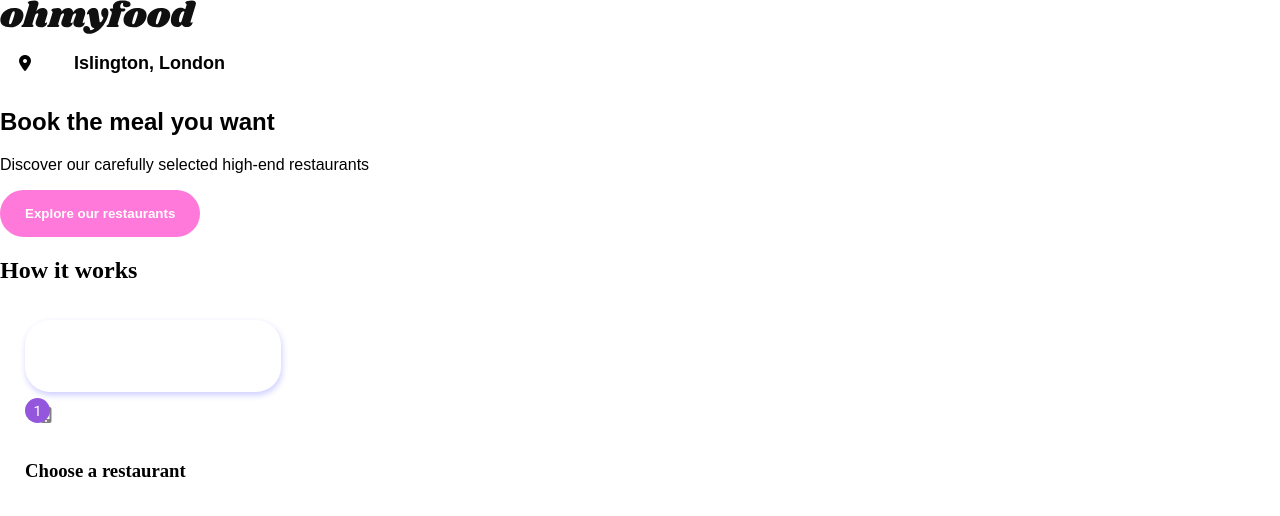
Repository: R1ptou/Project-3
Page: index.html
These files come from the project's save history. The page is drawn as it stood at one moment and after the next save; the edit follows.
The browser window is 1280 px wide. The pictures show the whole page.
Some web fonts or font styles are not loaded; a fallback is used. The style sheet was rebuilt from its Sass, Less or Tailwind sources for each picture, by a compiler version that may differ from the author's.

Above is the page before, as saved 2024-02-10 14:08:58.

After the next save:
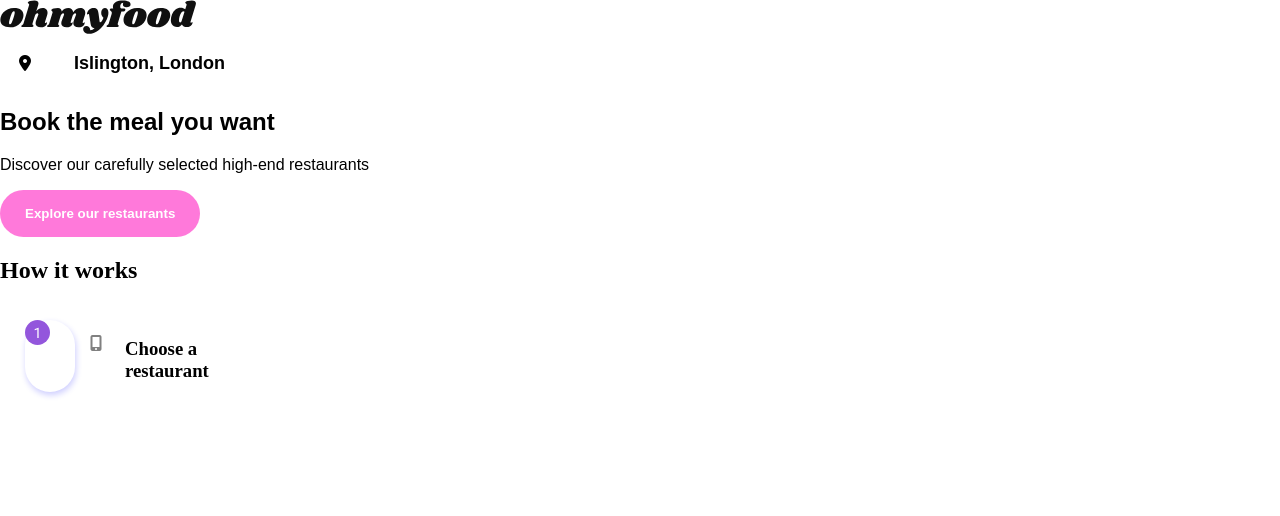
Saved 52 s later.
--- a/scss/style.scss
+++ b/scss/style.scss
@@ -78,8 +78,7 @@
 
 .card-group {
     display: flex;
-    flex-direction: column;
-    justify-content: center;
+
     width: 20vw;
     padding: 16px 25px;
 }

After the save that followed:
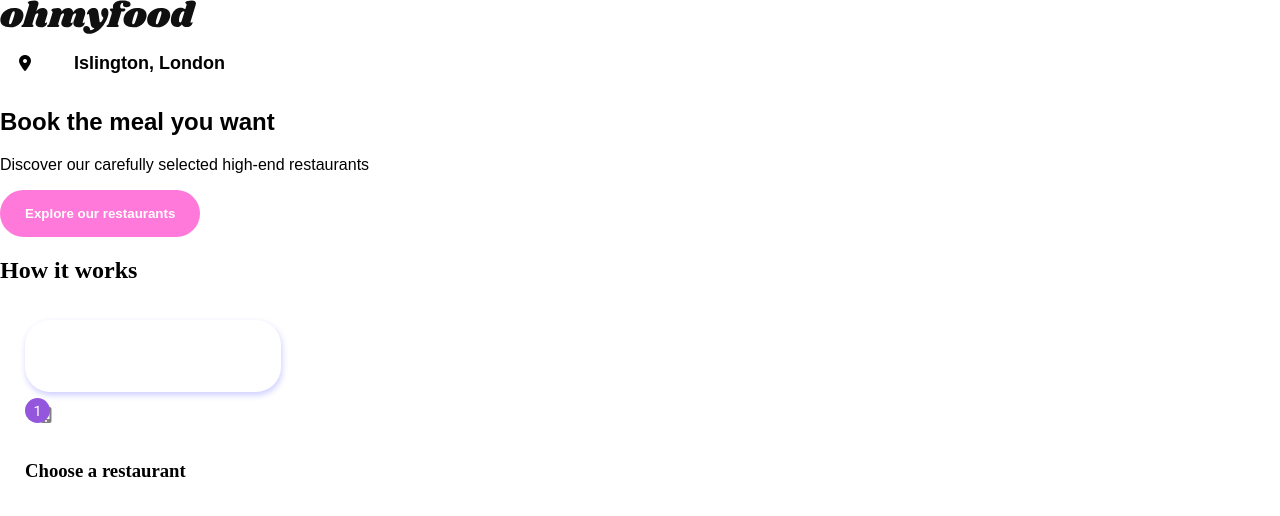
Saved 5 s later.
--- a/scss/style.scss
+++ b/scss/style.scss
@@ -78,7 +78,8 @@
 
 .card-group {
     display: flex;
-
+    flex-direction: column;
+    justify-content: center;
     width: 20vw;
     padding: 16px 25px;
 }
